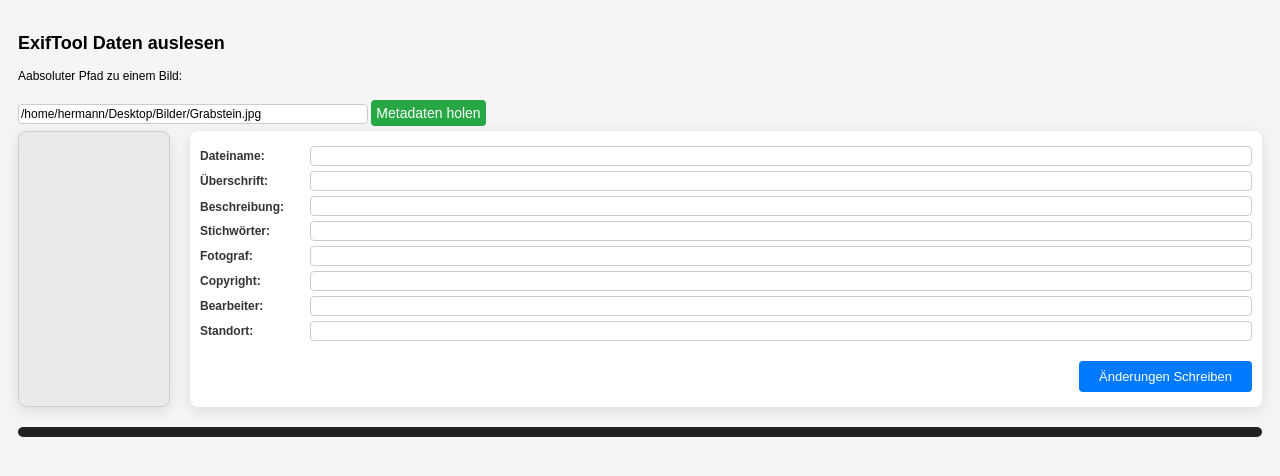
Repository: h-fahle/metadata
Page: ui/index.html
An editor plug-in stored every save of this project. The page is shown before and after the next save, followed by the edit.
The browser window is 1280 px wide. The pictures show the whole page.

Above is the page before, as saved 2026-08-16 11:14:42.

### ui/index.html
<!DOCTYPE html>
<html lang="de">
<head>
    <meta charset="UTF-8">
    <title>Tauri ExifTool Test</title>
    <link rel="stylesheet" href="style.css">
</head>
<body>
    <h2>ExifTool Daten auslesen</h2>
    <p>Aabsoluter Pfad zu einem Bild:</p>

    <input type="text" id="bildpfad" value="/home/hermann/Desktop/Bilder/Grabstein.jpg">
    <button onclick="exifAuslesen()">Metadaten holen</button>


	<div class="main-container">

		<!-- Das Vorschaubild links -->
		<div id="sidebar">
			<img id="vorschau-bild" src="" alt="Kein Bild geladen" />
		</div>

		<!-- Das Formular rechts -->
		<form action="" method="post">
		  <p>
			<label for="filename">Dateiname:</label>
			<input type="text" id="filename" name="filename" />
		  </p>
		  <p>
			<label for="caption">Überschrift:</label>
			<input type="text" id="caption" name="caption" />
		  </p>
		  <p>
			<label for="description">Beschreibung:</label>
			<textarea id="description" name="description" rows="10"></textarea>
		  </p>
		  <p>
			<label for="keywords">Stichwörter:</label>
			<input type="text" id="keywords" name="keywords">
		  </p>
		  <p>
			<label for="creator">Fotograf:</label>
			<input type="text" id="creator" name="creator">
		  </p>
		  <p>
			<label for="copyright">Copyright:</label>
			<input type="text" id="copyright" name="copyright">
		  </p>
		  <p>
			<label for="editor">Bearbeiter:</label>
			<input type="text" id="editor" name="editor">
		  </p>
		  <p>
			<label for="position">Standort:</label>
			<input type="text" id="position" name="position">
		  </p>

			<!-- NEU: Der Speichern-Button am Ende des Formular-Containers -->
			<div style="text-align: right; margin-top: 15px;">
				<button onclick="exifSchreiben()" style="background: #007BFF; padding: 8px 20px; font-size: 13px;">Änderungen Schreiben</button>
			</div>

		</form>
	</div> <!-- Ende des main-containers -->

    <div id="ausgabe"></div>

    <script>
        async function exifAuslesen() {
            const pfad = document.getElementById("bildpfad").value;
            const ausgabe = document.getElementById("ausgabe");
            const vorschauImg = document.getElementById("vorschau-bild");


            ausgabe.innerText = "Rufe ExifTool auf...";

            try {
                // 1. Metadaten über Rust holen
                const jsonText = await window.__TAURI__.core.invoke('lese_bild_metdaten', { dateipfad: pfad });
                const datenObjekt = JSON.parse(jsonText)[0]; 	// Das 1. JSON-Objekt im JSON-Array in JS-Objekt umwandeln

                document.getElementById('filename').value = datenObjekt.FileName || '';
                document.getElementById('caption').value = datenObjekt.CMB_Caption || '';
                document.getElementById('description').value = datenObjekt.Description || '';
                document.getElementById('keywords').value = datenObjekt.Keywords || '';
                document.getElementById('creator').value = datenObjekt.Creator || '';
                document.getElementById('copyright').value = datenObjekt.Copyright || '';
                document.getElementById('editor').value = datenObjekt.CMB_Editor || '';
                document.getElementById('position').value = datenObjekt.GPSPosition || '';

                // Wir nehmen das erste Element der Liste (ExifTool liefert immer ein Array)
                // und stellen es schön formatiert im Browser dar
                // ausgabe.innerText = JSON.stringify(datenObjekt[0], null, 2);
				ausgabe.innerText = jsonText;

				// 2. DAS VORSCHAUBILD AKTIVIEREN
				// Wir wandeln den Linux-Pfad in eine sichere Tauri-Asset-URL um
				// In Tauri v2 sieht das exakt so aus:
				const assetUrl = window.__TAURI__.core.convertFileSrc(pfad);

				// Den Link dem Bild-Tag zuweisen und sichtbar machen
				vorschauImg.src = assetUrl;
				vorschauImg.style.display = "block";

            } catch (fehler) {
                ausgabe.innerHTML = "<span style='color: red;'>Fehler: " + fehler + "</span>";
            }
        }
    </script>
</body>
</html>

### ui/style.css
body {
	font-family: sans-serif;
	font-size:12px;
	padding: 10px;
	background: #f5f5f5;
}

button {
	margin: 5px 0;
	padding: 5px;
	font-size: 14px;
	cursor: pointer;
	background: #28a745;
	color: white;
	border: none;
	border-radius: 4px;
}

#ausgabe {
	margin-top: 20px;
	background: #222;
	color: #00ff00;
	padding: 5px;
	border-radius: 5px;
	font-family: monospace;
	white-space: pre-wrap;
	overflow-x: auto;
}
input#bildpfad {
	width: 350px;
}

.main-container-old {
	width: 150px;
	border: 1px solid #ccc;
	align-items: center;
	justify-content:
	center; background: #eaeaea;
}

/* Der neue Haupt-Container für die Nebeneinander-Ausrichtung */
.main-container {
	display: flex;
	flex-direction: row;  /* Elemente nebeneinander */
	gap: 20px;            /* Abstand zwischen Bild und Formular */
	width: 100%;
	box-sizing: border-box;
}

/* Styling für den Bild-Bereich */
#sidebar {
	width: 150px;
	border: 1px solid #ccc;
	align-items: center;
	justify-content: center;
	background: #eaeaea;
	border-radius: 8px;   /* Schöne abgerundete Ecken */
	box-shadow: 0 4px 15px rgba(0, 0, 0, 0.1); /* Gleicher Schatten wie das Formular */
}
#vorschau-bild {
	max-width: 100%;
	max-height: 100%;
	object-fit: contain;
	display: none;
}

.image-preview {
	max-width: 300px;     /* Maximale Breite des Bildes links */
	flex-shrink: 0;       /* Bild wird nicht zusammengedrückt */
}
.image-preview img {
	width: 100%;          /* Nutzt die 300px voll aus */
	height: auto;         /* Behält das richtige Seitenverhältnis */
	border-radius: 8px;   /* Schöne abgerundete Ecken */
	box-shadow: 0 4px 15px rgba(0, 0, 0, 0.1); /* Gleicher Schatten wie das Formular */
}


/* Container des Formulars */
form {
	flex-grow: 1;
	margin: 0;
	padding: 10px;
	background-color: #ffffff;
	border-radius: 8px;
	box-shadow: 0 4px 15px rgba(0, 0, 0, 0.1);
	font-family: Arial, sans-serif;
}

form p {
	display: flex;
	align-items: center;
	margin: 6px 0;       /* Geringer Zeilenabstand */
	width: 100%;
	margin-top: 5px;    /* Kleiner Abstand nach oben */
	margin-bottom: 5px; /* Kleiner Abstand nach unten */
}

/* Feste Breite für die Labels + Linksbündig */
label {
	display: inline-block;
	width: 110px;
	text-align: left;
	font-weight: bold;
	color: #333333;
	flex-shrink: 0; /* Verhindert, dass der Text zusammengedrückt wird */
}
label[for="description"] {
	vertical-align: top;
	margin-top: 3px; /* Schiebt das Label minimal nach unten, damit es perfekt synchron zur ersten Textzeile steht */
}

/* Eingabefelder füllen den restlichen Platz der Zeile aus */
input[type="text"],
textarea {
	flex-grow: 1; /* Alle Felder starten exakt an der gleichen Linie */
	width: 100%;
	min-width: 0;
	padding: 2px;
	border: 1px solid #cccccc;
	border-radius: 4px;
	box-sizing: border-box;
	font-size: 12px;
}
textarea {
    /* DIESE BEIDEN ZEILEN LÖSEN DAS LINUX-PROBLEM ENDGÜLTIG: */
    field-sizing: content;   /* Die Box wächst automatisch zeilenweise mit! */
    overflow: hidden;        /* Schaltet Scrollbalken und damit den Bug komplett ab */
    resize: none;            /* Der Nutzer muss nicht mehr manuell ziehen */
}

/* Aktives Feld bei Klick */
input:focus,
textarea:focus {
	border-color: #007BFF;
	outline: none;
	box-shadow: 0 0 5px rgba(0, 123, 255, 0.5);
}

/* Der Absendeknopf richtet sich nach den Eingabefeldern aus */
.button-group {
	display: flex;
	justify-content: flex-end;
}

button[type="submit"] {
	width: 200px;
	padding: 12px;
	background-color: #007BFF;
	color: white;
	border: none;
	border-radius: 4px;
	font-size: 16px;
	cursor: pointer;
	transition: background-color 0.3s ease;
}
button[type="submit"]:hover {
	background-color: #0056b3;
}

After the next save:
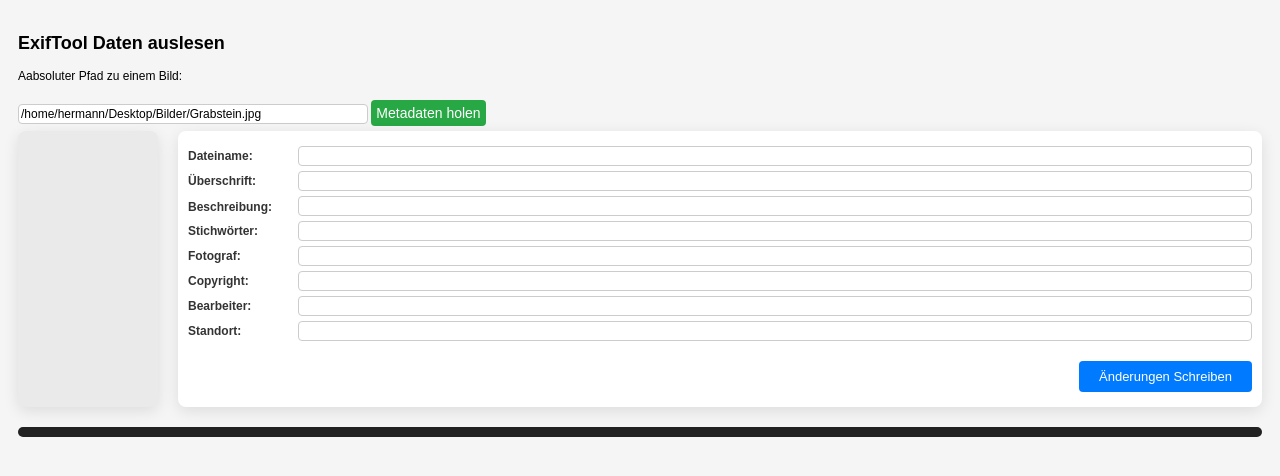
Saved 111 s later.
--- a/ui/style.css
+++ b/ui/style.css
@@ -49,8 +49,7 @@ input#bildpfad {
 
 /* Styling für den Bild-Bereich */
 #sidebar {
-	width: 150px;
-	border: 1px solid #ccc;
+	width: 140px;
 	align-items: center;
 	justify-content: center;
 	background: #eaeaea;
@@ -58,8 +57,7 @@ input#bildpfad {
 	box-shadow: 0 4px 15px rgba(0, 0, 0, 0.1); /* Gleicher Schatten wie das Formular */
 }
 #vorschau-bild {
-	max-width: 100%;
-	max-height: 100%;
+	width: 130px;
 	object-fit: contain;
 	display: none;
 }
